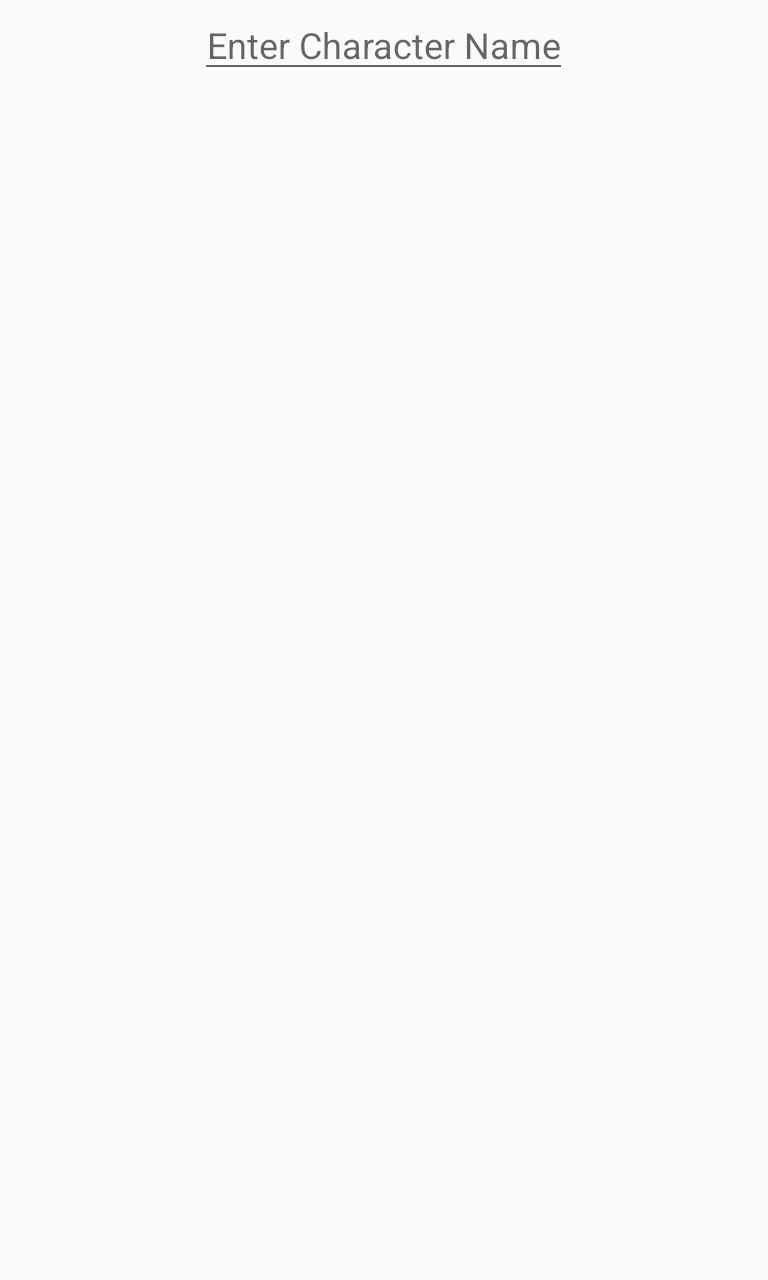
Repository: Vortelf/DnDAndroid
Layout: BuildApp/DnD/res/layout/activity_random_char.xml
These files come from the project's save history. The layout is drawn as it stood at one moment and after the next save; the edit follows.
It is drawn on a 768 x 1280 px phone screen (xhdpi) without system bars, with theme AppTheme; the app's code is not run.

Above is the layout before, as saved 2014-11-09 07:42:38.

After the next save:
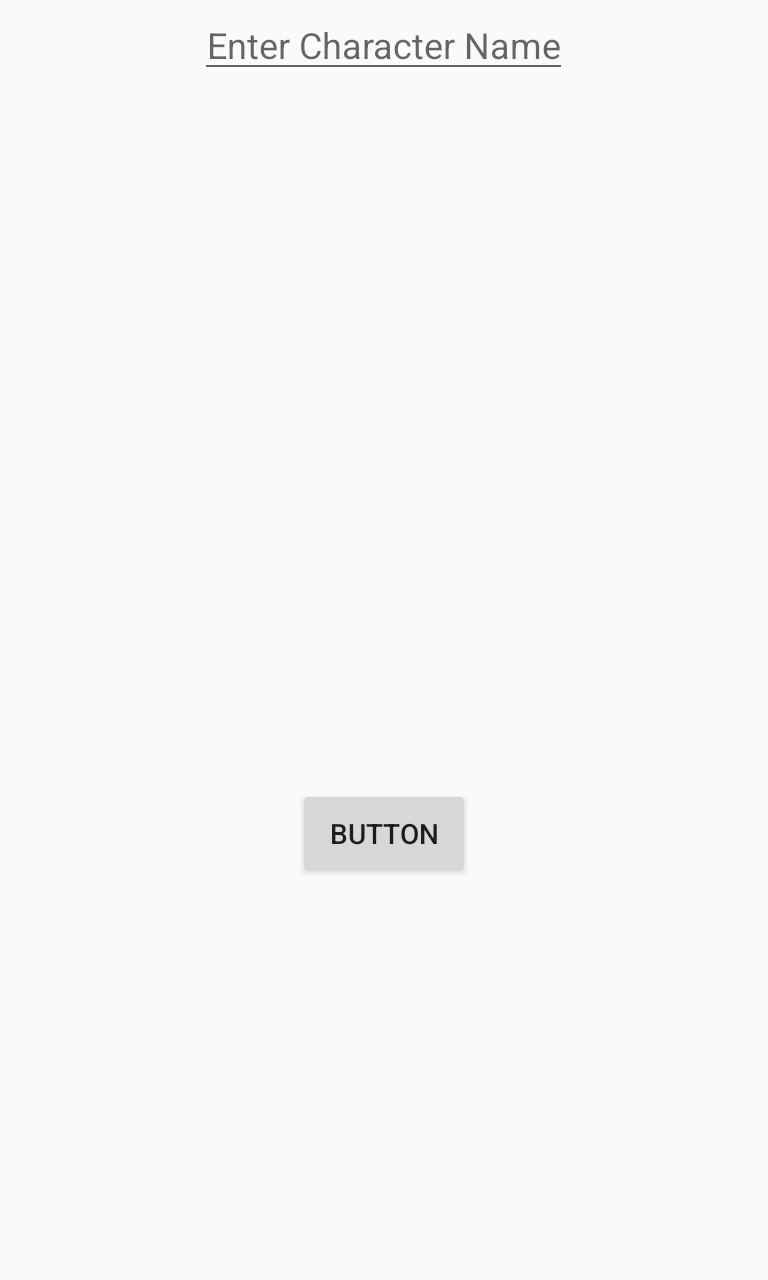
Saved 30 min 35 s later.
--- a/BuildApp/DnD/res/layout/activity_random_char.xml
+++ b/BuildApp/DnD/res/layout/activity_random_char.xml
@@ -133,7 +133,7 @@
 
 	    </RelativeLayout>
 
-	 <!--    <TextView
+	 <!-- -->   <TextView
 	        android:id="@+id/Roller"
 	        android:layout_width="wrap_content"
 	        android:layout_height="wrap_content"
@@ -152,7 +152,7 @@
 	        android:layout_below="@+id/Roller"
 	        android:layout_centerHorizontal="true"
 	        android:layout_marginTop="41dp"
-	        android:text="Button" />  -->
+	        android:text="Button" />
 
 	</RelativeLayout>
 </ScrollView>
